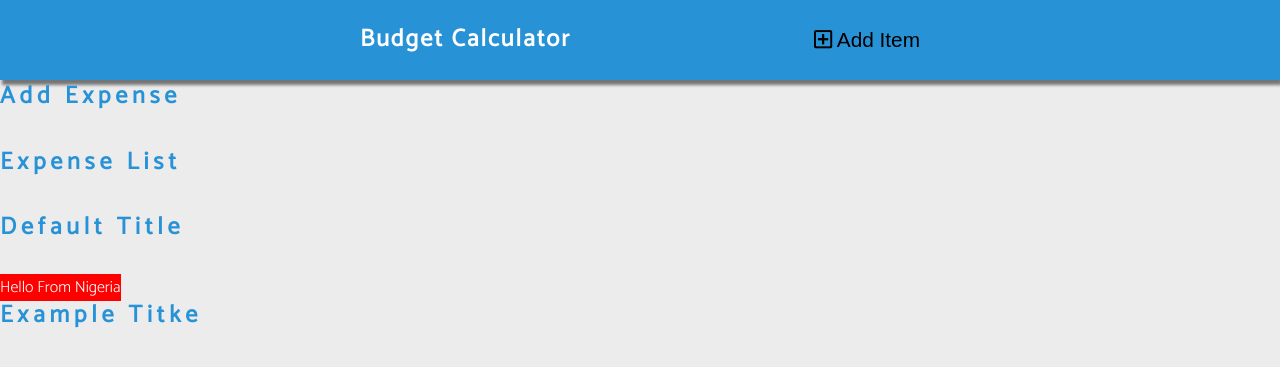
Repository: webdril/budget
Page: /
The author's editor kept a copy of each file at every save. The page is drawn from the files as they stood at one save, then again after the next save.
The browser window is 1280 px wide. The pictures show the whole page.
The project was rebuilt for these pictures with package versions that can differ from the ones it lists, and the page was loaded fresh each time.

Above is the page before, as saved 2020-02-29 02:24:13.

After the next save:
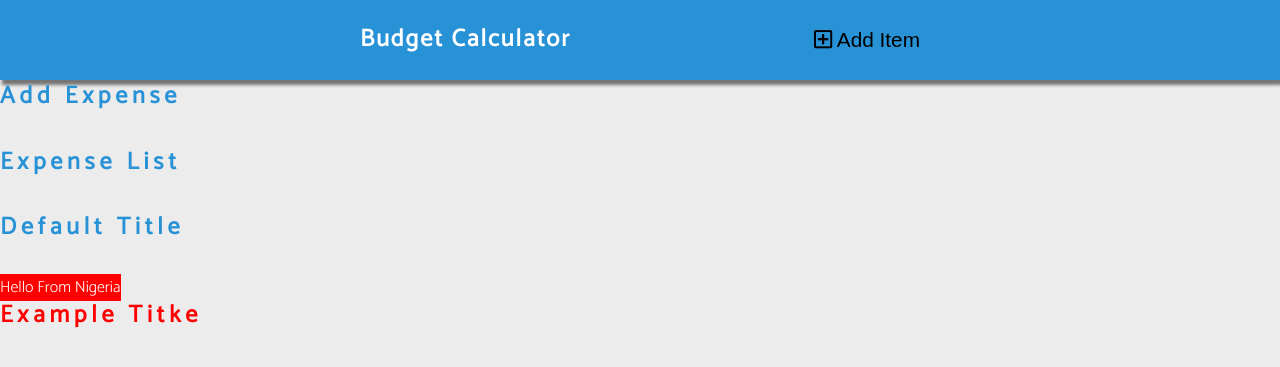
Saved 50 s later.
--- a/src/Example.svelte
+++ b/src/Example.svelte
@@ -2,6 +2,9 @@
 span {
     background: red;
     color: white;
+}
+.main-title {
+    color: red;
 }
 </style>
 
